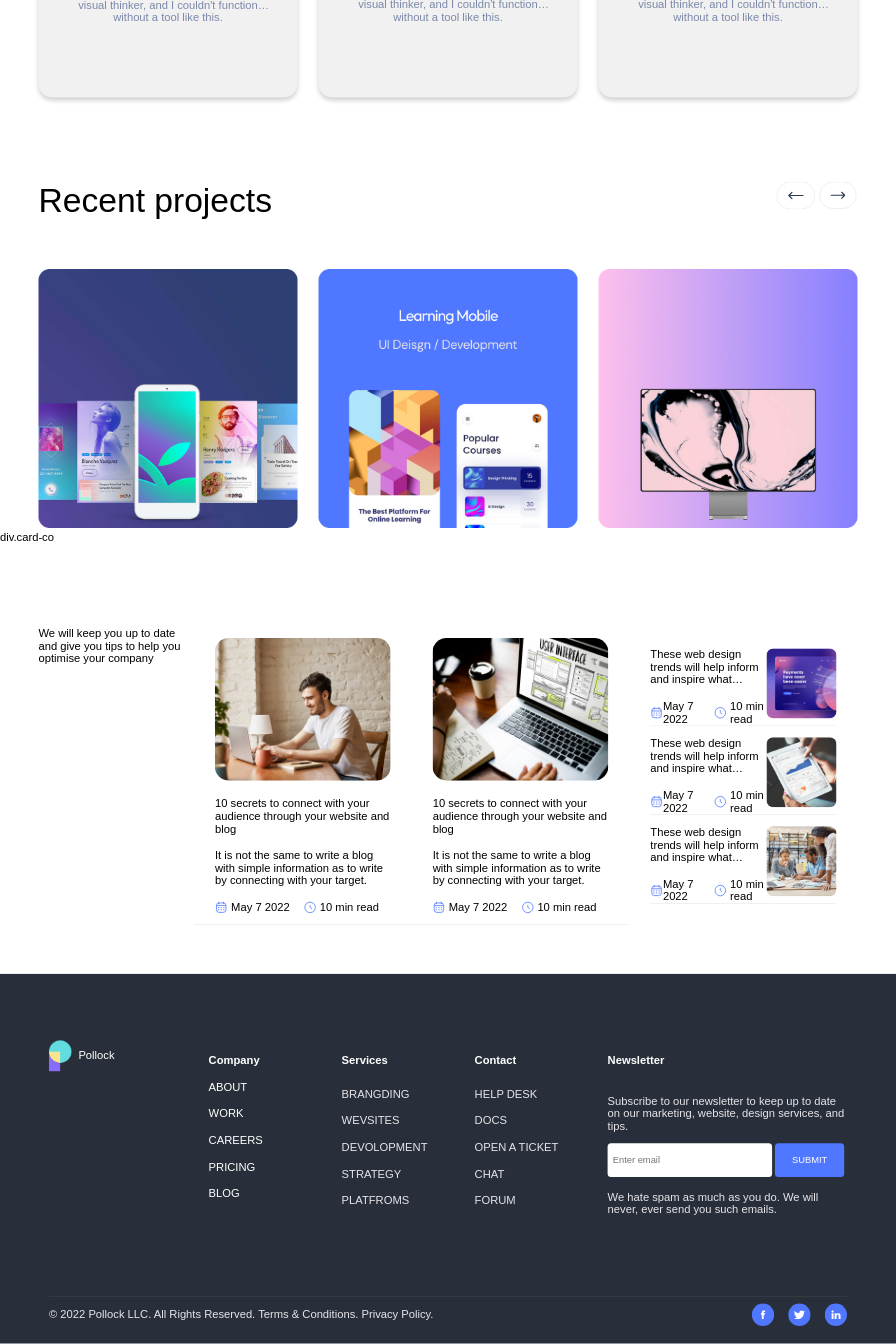
Repository: Nam936/exercises
Page: demo.html
These files come from the project's save history. The page is drawn as it stood at one moment and after a run of saves; the edit follows.
The browser window is 1280 px wide. The pictures show the part of the page from y = 1845 to 3765 px (the page is 3765 px tall before and 3747 px after), at 70% of full size.

Above is the page before, as saved 2023-01-13 14:40:34.

After the next 3 saves:
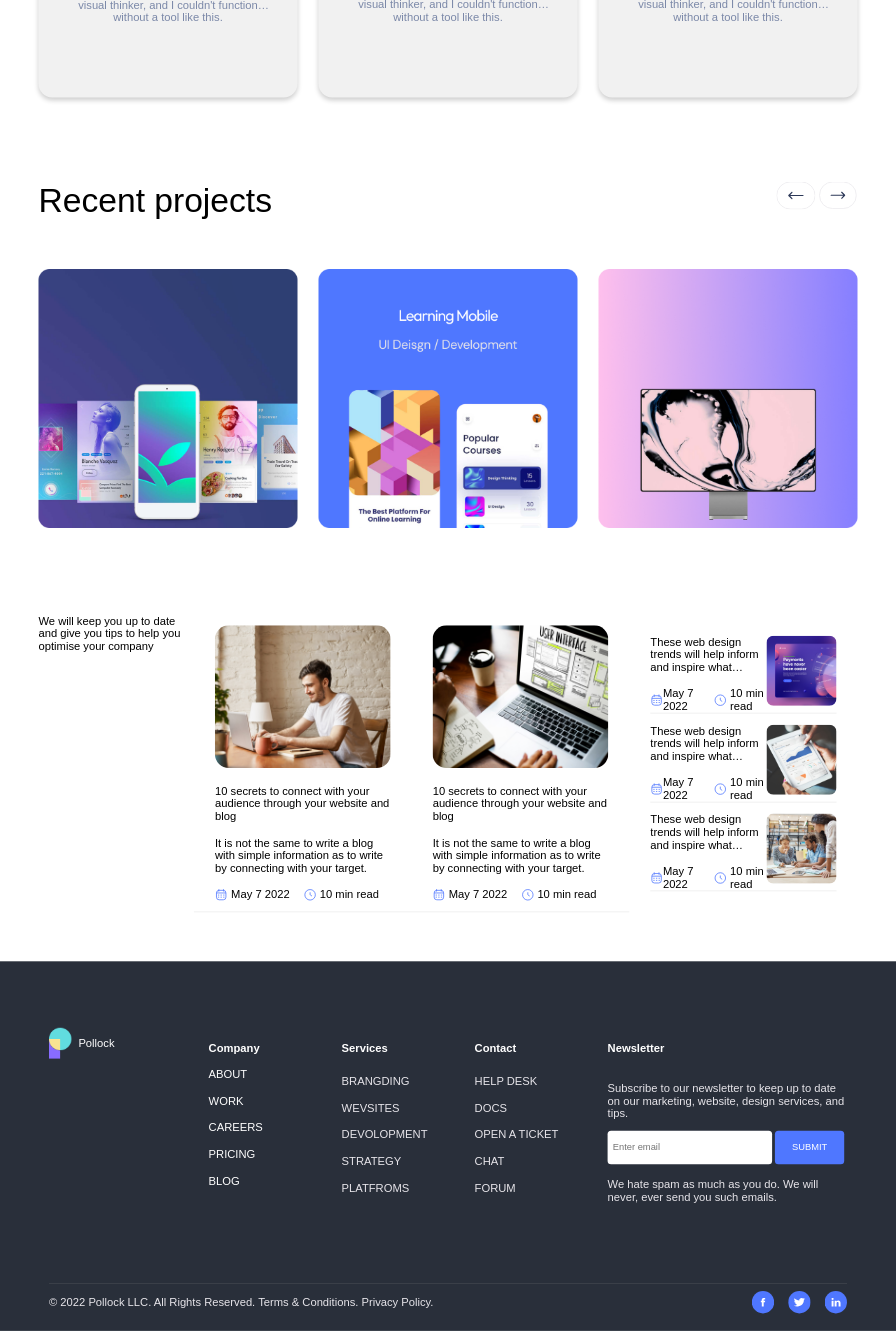
The 3 saves are shown as one change because they came seconds apart.
The last was saved 6 s later.
--- a/demo.html
+++ b/demo.html
@@ -266,7 +266,9 @@
         </div>
       </div>
     </div> -->
-    div.card-co
+    <div class="card-container-thumb">
+
+    </div>
     <div class="card-main">
       <div class="title-main">
         <p>We will keep you up to date and give you tips to help you optimise your company</p>
